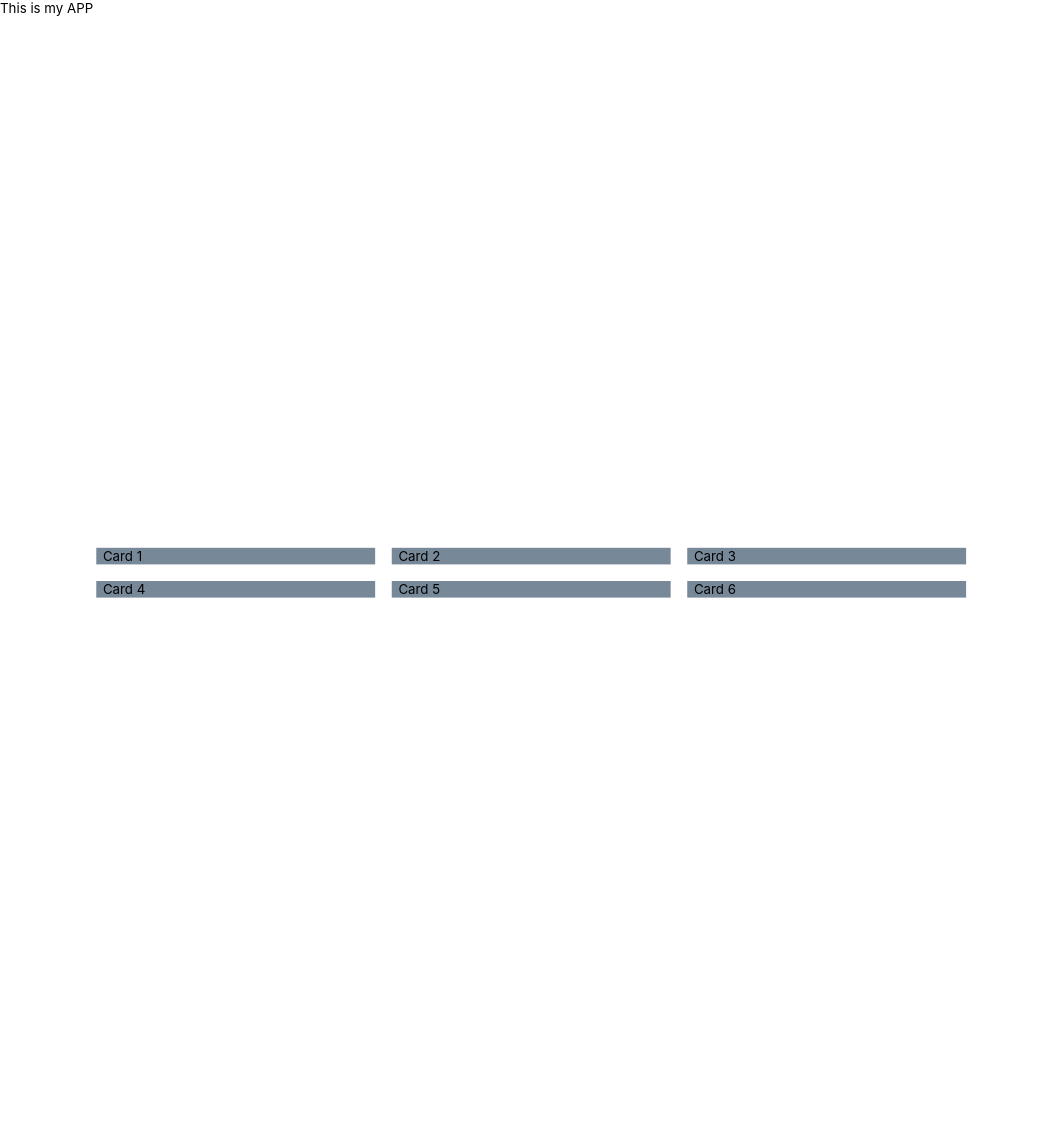
Repository: vnevescode/ui-components-react
Page: /
These files come from the project's save history. The page is drawn as it stood at one moment and after a run of saves; the edit follows.
The browser window is 1280 px wide. The pictures show the whole page, at 83% of full size.
The project was rebuilt for these pictures with package versions that can differ from the ones it lists, and the page was loaded fresh each time.

Above is the page before, as saved 2022-06-09 22:23:48.

### src/App.js
import React from 'react';
import Cards from './components/Cards/Cards';

function App() {
  return (
    <div className="App">
      <div>This is my APP</div>
      <Cards/>
    </div>
  );
}

export default App;

### src/components/Cards/Cards.jsx
import React from 'react'
import './Cards.style.css'

const Cards = () => {
  return (
    <>
        <div className="cards">
            {/* A card with given width */}
            <div className="cards__item">
                {'Card 1'}
            </div>
            {/* Repeat other cards */}
            <div className="cards__item">
                {'Card 2'}
            </div>
            <div className="cards__item">
                {'Card 3'}
            </div>
            <div className="cards__item">
                {'Card 4'}
            </div>
            <div className="cards__item">
                {'Card 5'}
            </div>
            <div className="cards__item">
                {'Card 6'}
            </div>
        </div>
    </>
  )
}

export default Cards

### src/components/Cards/Cards.style.css

.cards{
    display: flex;
    /* flex-direction: column; */
    justify-content: center;
    flex-wrap: wrap;
    gap: 20px;
    width: 100%;
    margin: 50% auto;
}

.cards__item{
    /* width: 50px;
    height: 50px; */
    flex-basis: 25%;
    padding-left: 8px;
    padding-right: 8px;
    background-color: lightslategray;
}

Loaded but not shown: public/index.html (common file); src/index.js (common file); src/index.css (common file)

After the next 3 saves:
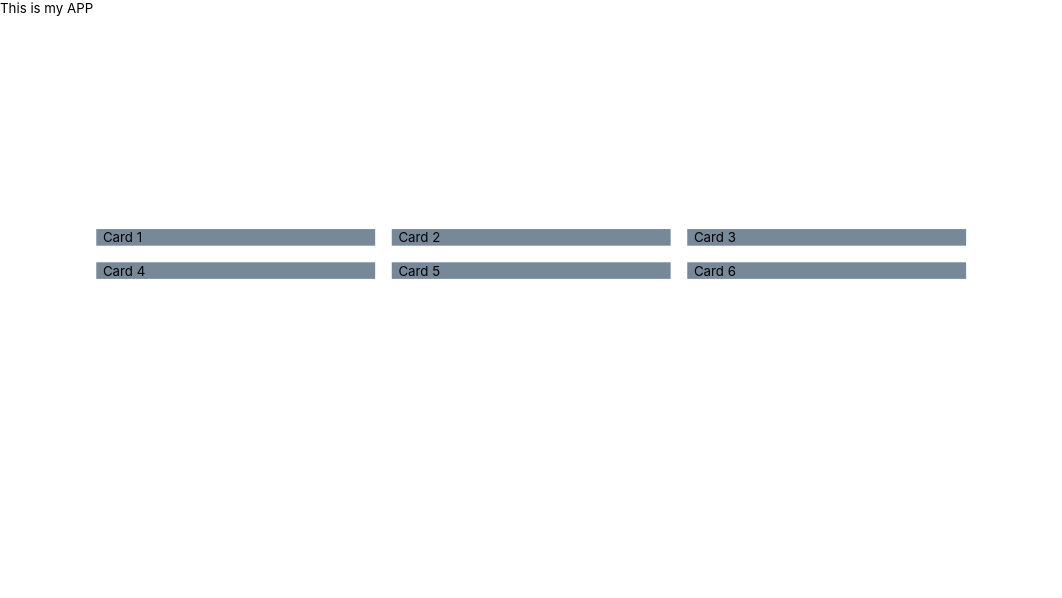
The 3 saves are shown as one change because they came seconds apart.
The last was saved 21 s later.
--- a/src/components/Cards/Cards.style.css
+++ b/src/components/Cards/Cards.style.css
@@ -6,7 +6,7 @@
     flex-wrap: wrap;
     gap: 20px;
     width: 100%;
-    margin: 50% auto;
+    margin-top: 20%;
 }
 
 .cards__item{
